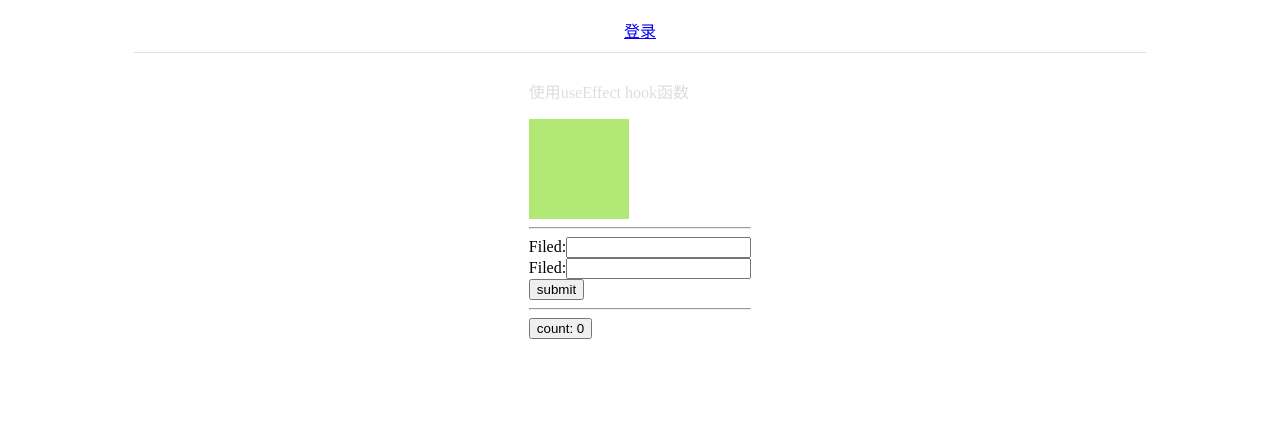
Repository: shellingfordly/js-library-Demo
Page: /about (app in demo/react/demo/)
These files come from the project's save history. The page is drawn as it stood at one moment and after the next save; the edit follows.
The browser window is 1280 px wide. The pictures show the whole page.
The project was rebuilt for these pictures with package versions that can differ from the ones it lists, and the page was loaded fresh each time. Also part of the build but not shown: demo/react/demo/src/views/home/components/UseReducer.js, demo/react/demo/src/views/home/components/SetTimeout.js, demo/react/demo/src/views/home/hook/context.js, demo/react/demo/src/views/home/components/context/useContext.js, demo/react/demo/src/views/home/components/context/contextType.js, demo/react/demo/src/views/home/components/context/consumer.js, demo/react/demo/src/views/home/utils/highComponent.js, demo/react/demo/src/views/home/Home.js and 3 more.

Above is the page before, as saved 2021-01-16 00:23:19.

After the next save:
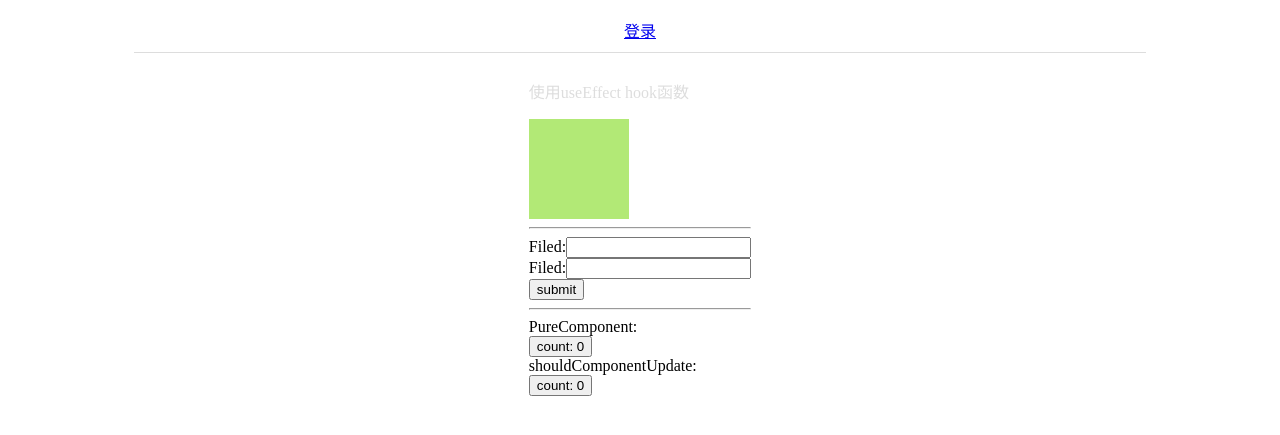
Saved 43 s later.
--- a/demo/react/demo/src/views/about/About.js
+++ b/demo/react/demo/src/views/about/About.js
@@ -1,6 +1,7 @@
 import { useEffect } from 'react'
 import UseEffect from './components/useEffect'
 import OptimizationComponent from './components/PureComponent'
+import ShouldComponentUpdate from './components/shouldComponentUpdate'
 import Form, { Field } from './form'
 const nameRule = { required: true, message: 'please write name!' }
 const passwordRule = { required: true, message: 'please write password!' }
@@ -32,7 +33,8 @@ export default function About() {
         <button>submit</button>
       </Form>
       <hr/>
-      <OptimizationComponent/>
+      PureComponent: <OptimizationComponent/>
+      shouldComponentUpdate: <ShouldComponentUpdate/>
     </div>
   )
 }
